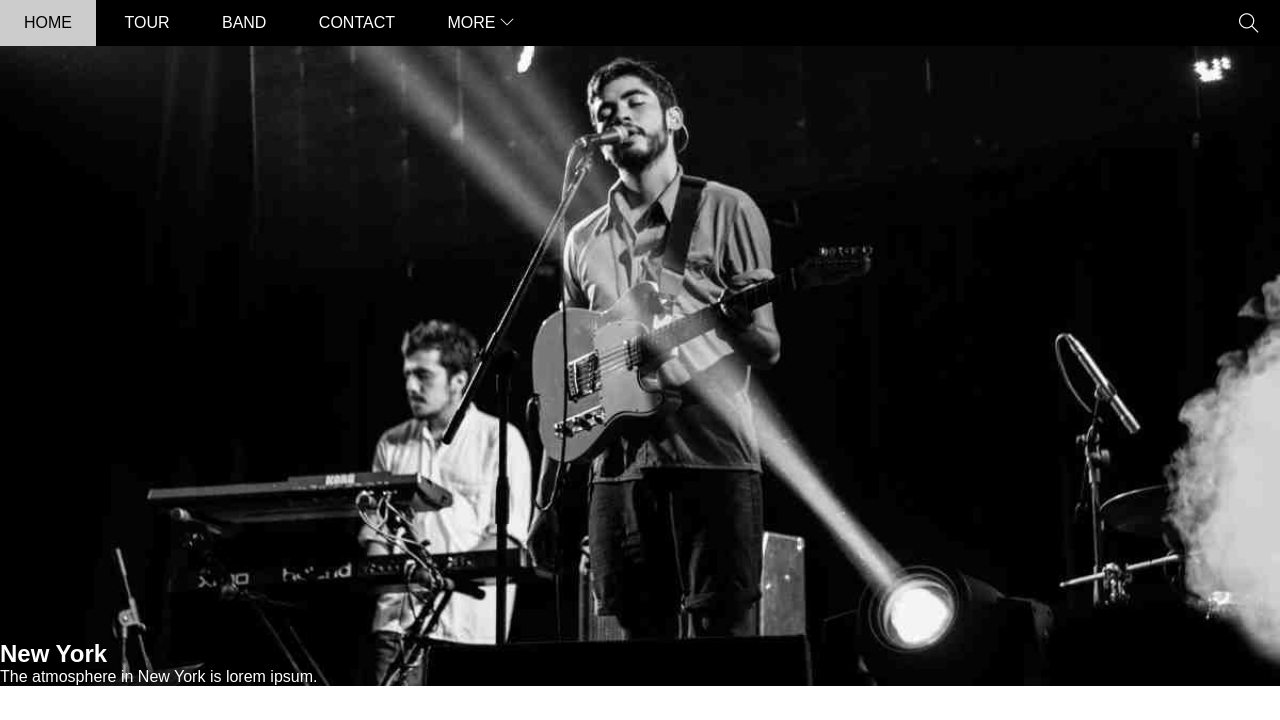
Repository: maivannhan1998/git-w3band
Page: index.html
An editor plug-in stored every save of this project. The page is shown before and after the next save, followed by the edit.
The browser window is 1280 px wide. The pictures show the whole page.

Above is the page before, as saved 2021-09-04 21:45:35.

### index.html
<!DOCTYPE html>
<html lang="en">
<head>
    <meta charset="UTF-8">
    <meta http-equiv="X-UA-Compatible" content="IE=edge">
    <meta name="viewport" content="width=device-width, initial-scale=1.0">
    <title>Document</title>
    <link rel="stylesheet" href="./asset/css/style.css">
    <link rel="stylesheet" href="./asset/fontss/themify-icons/themify-icons.css">
</head>
<body>
    <div id="main">
        <div id="header">
            <!-- Begin: nav -->
            <ul id="nav">
                <li><a href="">Home</a></li>
                <li><a href="">Tour</a></li>
                <li><a href="">Band</a></li>
                <li><a href="">Contact</a></li>
                <li><a href="">
                    More
                    <i class="nav-arrow-down ti-angle-down"></i>
                </a>
                    <ul class="subnav">
                        <li><a href="">Merchandise</a></li>
                        <li><a href="">Extras</a></li>
                        <li><a href="">Media</a></li>
                    </ul>
                </li>
            </ul>
            <!-- End: nav -->

            <!-- Begin: Search button -->
            <div class="search-btn">
                <i class="search-icon ti-search"></i>
            </div>
            <!-- End: Search button -->


        </div>

        <div id="slider">
            <div class="text-content">
                <h2 class="text-heading">New York</h2>
                <div class="text-des">The atmosphere in New York is lorem ipsum.</div>
            </div>
        </div>

        <div id="content">

        </div>

        <div id="footer">

        </div>
    </div>
</body>
</html>

### asset/css/style.css
/* Reset CSS*/
*{
    padding: 0;
    margin: 0;
    box-sizing: border-box;
}

html{
    font-family: Arial, Helvetica, sans-serif;

}

#main{

}

#header{
    height: 46px;
    background-color: #000;
}

#nav {
    display: inline-block ;
}

#nav, .subnav {
    list-style-type: none;
}

#nav > li {
    display: inline-block;
}

#nav li{
    position: relative;

}

#nav > li > a {
    color: #fff;
    text-transform: uppercase;
}

#nav li a {
    padding: 0 24px;
    line-height: 46px;
    display: block;
    text-decoration: none;
}
#nav .subnav li:hover a,
#nav > li:hover > a {
    color: #000;
    background-color: #ccc;
}

#nav .subnav {
    display: none;
    position: absolute;
    top: 100%;
    left: 0;
    min-width: 160px;
    background-color: #fff;
    box-shadow: 0 0 10px rgba(0, 0, 0, 0.3);
}

#nav .subnav a {
    color: #000;
    background-color: #fff;
    padding: 0 12px;
    line-height: 38px;

}

#nav li:hover .subnav {
    display: block;
}

.nav-arrow-down {
    font-size: 14px;
}

#header .search-btn {
    float: right;
    padding: 0px 21px;

}

#header .search-btn:hover {
    cursor: pointer;
    background-color: #f44336;
}

#header .search-icon {
    color: #fff;
    font-size: 20px;
    line-height: 46px;
}

#slider{
   /* margin-top: 46px; */
   /* chỉ số % chiều ngang của chính nó (chiều cao lun bằng 1/2 chiều ngang) */
   position: relative;
   padding-top: 50%;
   background: url('/asset/img/slider/slider1.jpg') top center / cover no-repeat;
}

#slider .text-content {
    position: absolute;
    bottom: 0;
    color: #fff;
    align-content: center;
}

#content{

}

#footer{

}

Loaded but not shown: asset/fontss/themify-icons/themify-icons.css (common file)

After the next save:
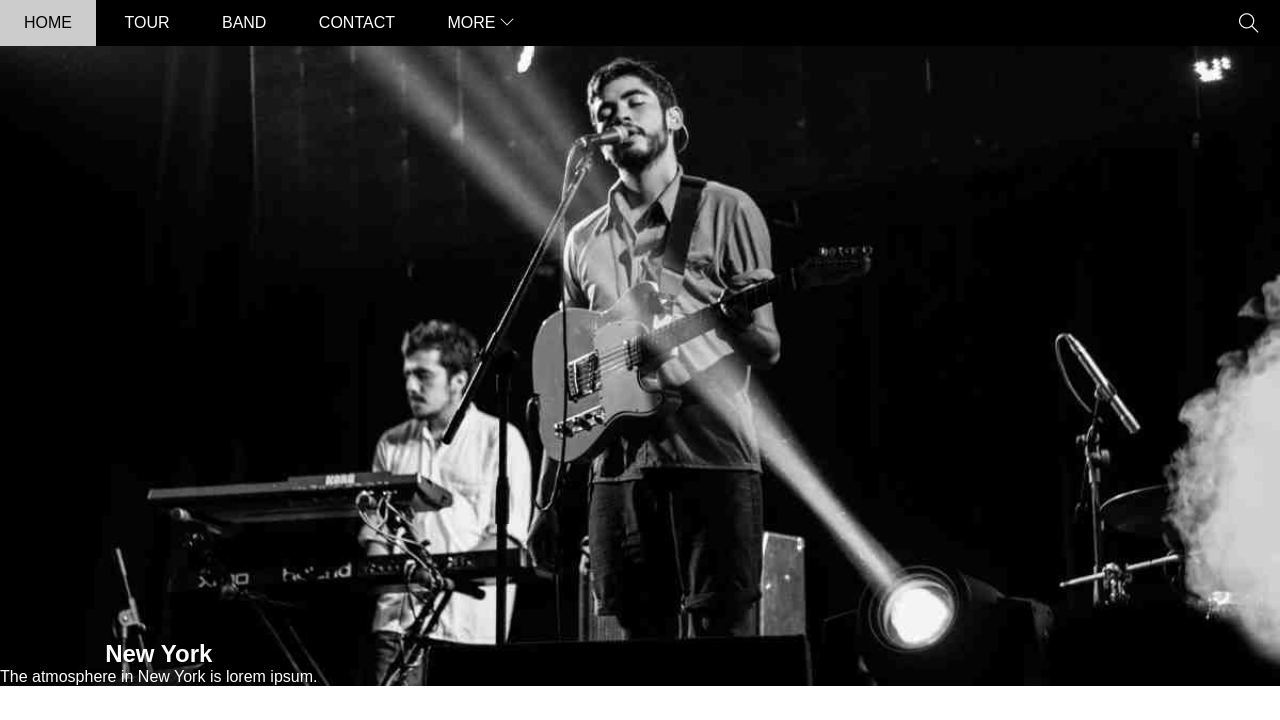
Saved 13 s later.
--- a/asset/css/style.css
+++ b/asset/css/style.css
@@ -108,7 +108,7 @@ html{
     position: absolute;
     bottom: 0;
     color: #fff;
-    align-content: center;
+    text-align: center;
 }
 
 #content{
